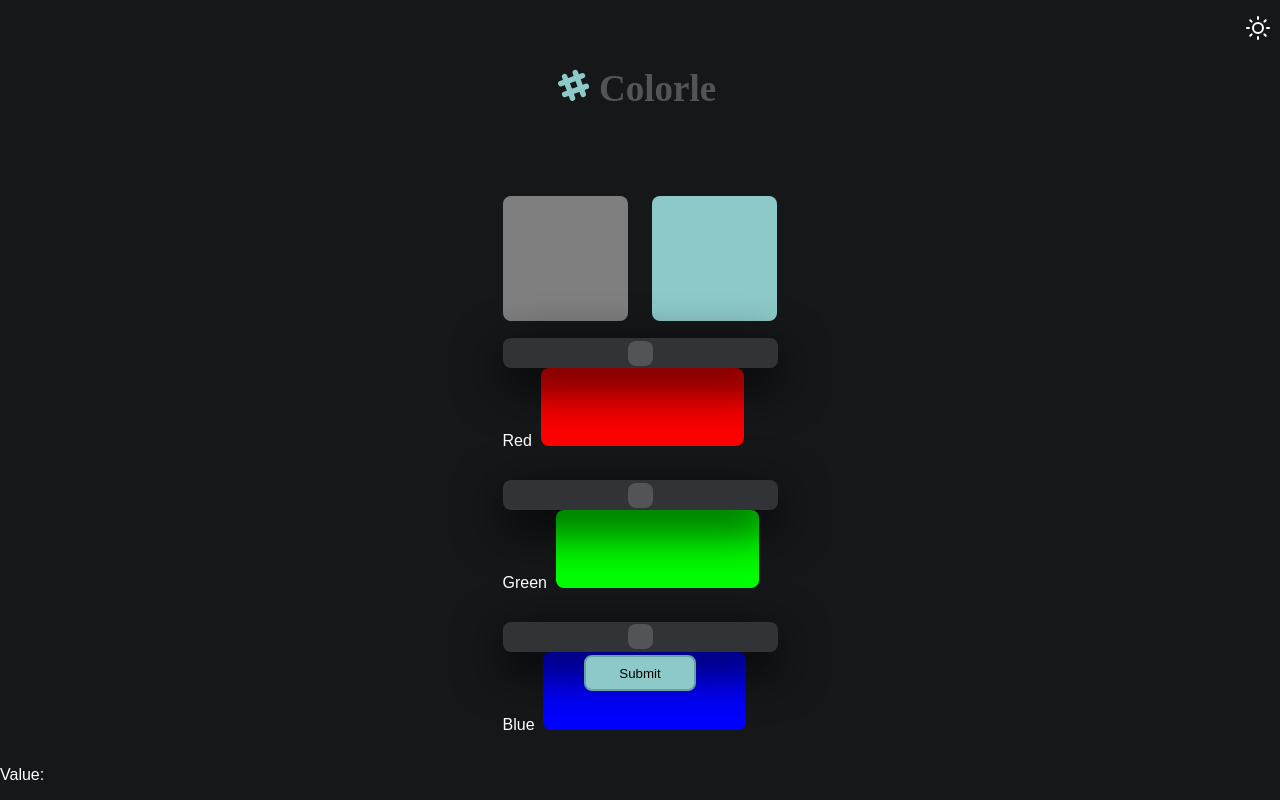
Repository: Artem-Melnik/Colorle
Page: index.html
An editor plug-in stored every save of this project. The page is shown before and after the next save, followed by the edit.
The browser window is 1280 px wide. The pictures show the whole page.

Above is the page before, as saved 2022-05-14 22:02:04.

### index.html
<!-- TODO: Change text/icon color -->
<!-- TODO: Represent guess correctness using Linear-style icons -->
<!-- TODO: Replace Colorle text logo with SVG/image due to font problems -->
<!-- TODO: Add textboxes where player can enter exact RGB values -->
<!DOCTYPE html>
<html>
  <head>
    <title>Parcel Sandbox</title>
    <link rel="stylesheet" href="styles.css">
    <meta charset="UTF-8" />
    <meta name="viewport" content="width=device-width" />
  </head>

  <script
    src="https://ajax.googleapis.com/ajax/libs/jquery/3.6.0/jquery.min.js"
    type="text/javascript"
  ></script>
  <script
    src="https://ajax.googleapis.com/ajax/libs/jqueryui/1.13.1/jquery-ui.min.js"
    type="text/javascript"
  ></script>
  <!-- Host feather icons locally and remove CDN? -->
  <script src="https://unpkg.com/feather-icons"></script>
  <script>
      feather.replace();
    </script>
  <script type="module" src="index.js" type="text/javascript"></script>

  <body>
    <div id="app"></div>
    <div class="topBar">
      <div id="header">
        <img id="logo" src="assets/logo.svg">
        <p id="title">Colorle</p>
      </div>
      <p>
        <button type="button" id="themeToggle">
          <img src="assets/sun-icon.svg">
          <!-- <i id="themeIcon" data-feather="sun"></i> -->
        </button>
      </p>
    </div>

    <div id="topColors">
      <div id="previewAll"></div>
      <div id="correctColor"></div>
    </div>
    <div id="redContainer">
      <input
        type="range"
        min="0"
        max="255"
        value="128"
        class="slider"
        id="sliderRed"
      />
      <p class="currentColor" id="currentRed">Red</p>
      <p class="rating" id="ratingRed"></p>
      <div id="previewRed"></div>
    </div>
    <div id="greenContainer">
      <input
        type="range"
        min="0"
        max="255"
        value="128"
        class="slider"
        id="sliderGreen"
      />
      <p class="currentColor" id="currentGreen">Green</p>
      <p class="rating" id="ratingGreen"></p>
      <div id="previewGreen"></div>
    </div>
    <div id="blueContainer">
      <input
        type="range"
        min="0"
        max="255"
        value="128"
        class="slider"
        id="sliderBlue"
      />
      <p class="currentColor" id="currentBlue">Blue</p>
      <p class="rating" id="ratingBlue"></p>
      <div id="previewBlue"></div>
    </div>
    <div class="guessText">
      <p>Value: <span id="guessColor"></span></p>
    </div>
    <div class="buttonContainer">
      <button type="button" id="submitButton">Submit</button>
    </div>
  </body>
</html>

### styles.css
body {
  font-family: sans-serif;
  margin: 0;
  background: #151718;
  color: #ffffff;
}

.lightTheme {
  background: #ffffff;
  color: #151718;
}

/* Changes the correctColor gradient to dark/black */
/* .correctColorDark {
  background-image: linear-gradient(
    to bottom,
    rgba(0, 0, 0, 0),
    rgba(0, 0, 0, 1) 100%
  ) !important;
} */

#header {
  display: block;
  position: relative;
  margin-left: auto;
  margin-right: auto;
  margin-bottom: 7%;
  margin-top: 5%;
  width: 165px;
  height: 42px;
  align-items: center;
}

#logo {
  position: relative;
  justify-content: center;
  /* align-items: center; */
  margin-top: 5px;
  margin-right: 5px;
  width: 32px;
  height: 32px;
}

#title {
  font-family: "Asap";
  font-style: normal;
  font-weight: 700;
  font-size: 37px;
  line-height: 42px;
  display: inline-block;
  /* align-items: center; */
  /* text-align: center; */
  color: #535458;
  margin: 0px;
}

#themeToggle {
  width: 25px;
  height: 25px;
  position: absolute;
  right: 15px;
  top: 15px;
  color: grey;
  background: none;
  border: none;
  transform: scale(1);
  transition: all 0.5s;
}

#themeToggle:hover {
  transform: scale(1.2);
}

#themeIcon {
  color: grey;
  width: 25px;
  height: 25px;
  transform: scale(1);
  transition: all 0.5s;
}

#themeIcon.animate {
  color: grey;
  transform: scale(0);
}

.transform-active {
  /* background-color: blue;
  animation-name: darkToLight;
  animation-duration: 1s; */
  color: #151718;
}

.transform {
  -webkit-transition: all 2s ease;
  -moz-transition: all 2s ease;
  -o-transition: all 2s ease;
  -ms-transition: all 2s ease;
  transition: all 2s ease;
}

/* @keyframes darkTolight {
  0% {
    color: #ffffff;
  }
  100% {
    color: #151718;
  }
} */

/* #previewId {
  width: 100px;
  height: 100px;
  background-color: var(color);
  border: solid black;
} */

/* correctColor gradient */
/* #correctColor {
  position: absolute;
  top: 0px;
  width: 100%;
  height: 25%;
  background-color: var(color);
  margin: auto;
  background-image: linear-gradient(
    to bottom,
    rgba(255, 255, 255, 0),
    rgba(255, 255, 255, 1) 100%
  );
  z-index: -1;
} */

#topColors {
  width: 275px;
  margin: auto;
}

#correctColor {
  display: inline-block;
  position: relative;
  width: 125px;
  height: 125px;
  border-radius: 8px;
  margin-left: 10px;
}

#previewAll {
  background-color: rgb(127, 127, 127);
  display: inline-block;
  position: relative;
  width: 125px;
  height: 125px;
  border-radius: 8px;
  order: 1;
  margin-right: 10px;
}

#redContainer,
#greenContainer,
#blueContainer {
  display: auto;
  justify-content: center;
  margin: auto;
  width: 275px;
}

#sliderRed,
#sliderGreen,
#sliderBlue {
  display: block;
  -webkit-appearance: none;
  -moz-appearance: none;
  appearance: none;
  background: #323337;
  width: 275px;
  height: 30px;
  top: 100px;
  border-radius: 8px;
  margin: auto;
  margin-top: 5%;
  filter: drop-shadow(0px 15px 25px #000000);
}

#sliderRed::-webkit-slider-thumb,
#sliderGreen::-webkit-slider-thumb,
#sliderBlue::-webkit-slider-thumb {
  -webkit-appearance: none;
  appearance: none;
  width: 25px;
  height: 25px;
  background: #535458;
  cursor: pointer;
  border-radius: 8px;
}

#currentRed,
#currentGreen,
#currentBlue,
#ratingRed,
#ratingGreen,
#ratingBlue {
  display: inline-block;
  position: relative;
}

#previewRed,
#previewGreen,
#previewBlue {
  display: inline-block;
  position: relative;
  width: 203px;
  height: 78px;
  /* background-color: var(color); */
  /* border: solid black; */
  border-radius: 8px;
  margin: auto;
  z-index: -1;
}

#previewRed {
  background-color: rgb(255, 0, 0);
}

#previewGreen {
  background-color: rgb(0, 255, 0);
}

#previewBlue {
  background-color: rgb(0, 0, 255);
}

.buttonContainer {
  display: flex;
  justify-content: center;
}

#submitButton {
  position: fixed;
  width: 112px;
  height: 36px;
  bottom: 4%;
  border: 2px solid;
  border-radius: 8px;
  transition: all 0.3s ease 0s;
}

#submitButton:hover {
  position: fixed;
  width: 112px;
  height: 36px;
  bottom: 4%;
  border: 2px solid;
  border-radius: 8px;
  filter: drop-shadow(0px 10px 15px #8dc9c980);
  transform: translateY(-5px);
}

#submitButton:active {
  position: fixed;
  width: 112px;
  height: 36px;
  bottom: 4%;
  border: 2px solid;
  border-radius: 8px;
  filter: drop-shadow(0px 10px 15px #8dc9c980);
  transform: translateY(-1px);
}

### index.js
// document.getElementById("sliderRange").innerHTML = `
// <div class="slidercontainer"></div>
// `;
// var root = document.querySelector(":root");
// var slider = document.getElementById("sliderRange");
// // Change "demo" to something else?
// var sliderRange = document.getElementById("demo");
// sliderRange.innerHTML = slider.value;
let correctRed = 141;
let correctGreen = 201;
let correctBlue = 201;

let red;
let green;
let blue;
// TODO: Split correctRGB into 3 seperate colors
let correctRgb =
  "rgb(" + correctRed + ", " + correctGreen + ", " + correctBlue + ")";

function changeColor() {
  red = document.getElementById("sliderRed").value;
  green = document.getElementById("sliderGreen").value;
  blue = document.getElementById("sliderBlue").value;

  document.getElementById("previewRed").style.backgroundColor =
    "rgb(" + red + ", 0, 0)";
  document.getElementById("previewGreen").style.backgroundColor =
    "rgb(0," + green + ", 0)";
  document.getElementById("previewBlue").style.backgroundColor =
    "rgb(0, 0," + blue + ")";

  document.getElementById("currentRed").textContent = red;
  document.getElementById("currentGreen").textContent = green;
  document.getElementById("currentBlue").textContent = blue;
}

// Shows guess color when submit button is clicked
// Also checks how close the guess is to the correct color
function onSubmit() {
  document.getElementById("previewAll").style.backgroundColor =
    "rgb(" + red + ", " + green + ", " + blue + ")";
  document.getElementById("guessColor").textContent =
    "rgb(" + red + ", " + green + ", " + blue + ")";

  // TODO: Optimize code for red, green, and blue checks
  // Check if red guess is correct
if (red == correctRed) {
  document.getElementById('ratingRed').innerText = "SS";
} else if ((red > correctRed - 6) && (red < correctRed + 6)) {
  document.getElementById('ratingRed').innerText = "S";
} else if ((red > correctRed - 12) && (red < correctRed + 12)) {
  document.getElementById('ratingRed').innerText = "A";
} else if ((red > correctRed - 24) && (red < correctRed + 24)) {
  document.getElementById('ratingRed').innerText = "B";
} else if ((red > correctRed - 48) && (red < correctRed + 48)) {
  document.getElementById('ratingRed').innerText = "C";
} else {
  document.getElementById('ratingRed').innerText = "D";
}

  // Does same thing as red check but for green
if (green == correctGreen) {
  document.getElementById('ratingGreen').innerText = "SS";
} else if ((green > correctGreen - 6) && (green < correctGreen + 6)) {
  document.getElementById('ratingGreen').innerText = "S";
} else if ((green > correctGreen - 12) && (green < correctGreen + 12)) {
  document.getElementById('ratingGreen').innerText = "A";
} else if ((green > correctGreen - 24) && (green < correctGreen + 24)) {
  document.getElementById('ratingGreen').innerText = "B";
} else if ((green > correctGreen - 48) && (green < correctGreen + 48)) {
  document.getElementById('ratingGreen').innerText = "C";
} else {
  document.getElementById('ratingGreen').innerText = "D";
}

  // Does same thing as red check but for blue
if (blue == correctBlue) {
  document.getElementById('ratingBlue').innerText = "SS";
} else if ((blue > correctBlue - 6) && (blue < correctBlue + 6)) {
  document.getElementById('ratingBlue').innerText = "S";
} else if ((blue > correctBlue - 12) && (blue < correctBlue + 12)) {
  document.getElementById('ratingBlue').innerText = "A";
} else if ((blue > correctBlue - 24) && (blue < correctBlue + 24)) {
  document.getElementById('ratingBlue').innerText = "B";
} else if ((blue > correctBlue - 48) && (blue < correctBlue + 48)) {
  document.getElementById('ratingBlue').innerText = "C";
} else {
  document.getElementById('ratingBlue').innerText = "D";
}

  // if ("rgb(" + red + "," + green + "," + blue + ")" === "rgb(141,201,201)") {
  //   alert("Correct!");
  // }
}

$("#themeToggle").click(function () {
  $("#themeIcon").toggleClass("animate");
});

function themeSwitch() {
  document.body.classList.toggle("lightTheme");
  document.getElementById("correctColor").classList.toggle("correctColorDark");
}

document.getElementById("correctColor").style.backgroundColor = correctRgb;
document.getElementById("submitButton").style.backgroundColor = correctRgb;
document.getElementById("submitButton").style.borderColor =
  "rgb(" +
  (correctRed - 38) +
  ", " +
  (correctGreen - 38) +
  ", " +
  (correctBlue - 38) +
  ")";

document.getElementById("sliderRed").addEventListener("input", changeColor);
document.getElementById("sliderGreen").addEventListener("input", changeColor);
document.getElementById("sliderBlue").addEventListener("input", changeColor);
document.getElementById("submitButton").addEventListener("click", onSubmit);
document.getElementById("themeToggle").addEventListener("click", themeSwitch);

// Plugs in sliderRange for green in RGB
// Outputs the value of the slider
// slider.oninput = function () {
//   sliderRange.innerHTML = this.value;
//   root.style.setProperty("--green", sliderRange);
//   alert(sliderRange);
// };

After the next save:
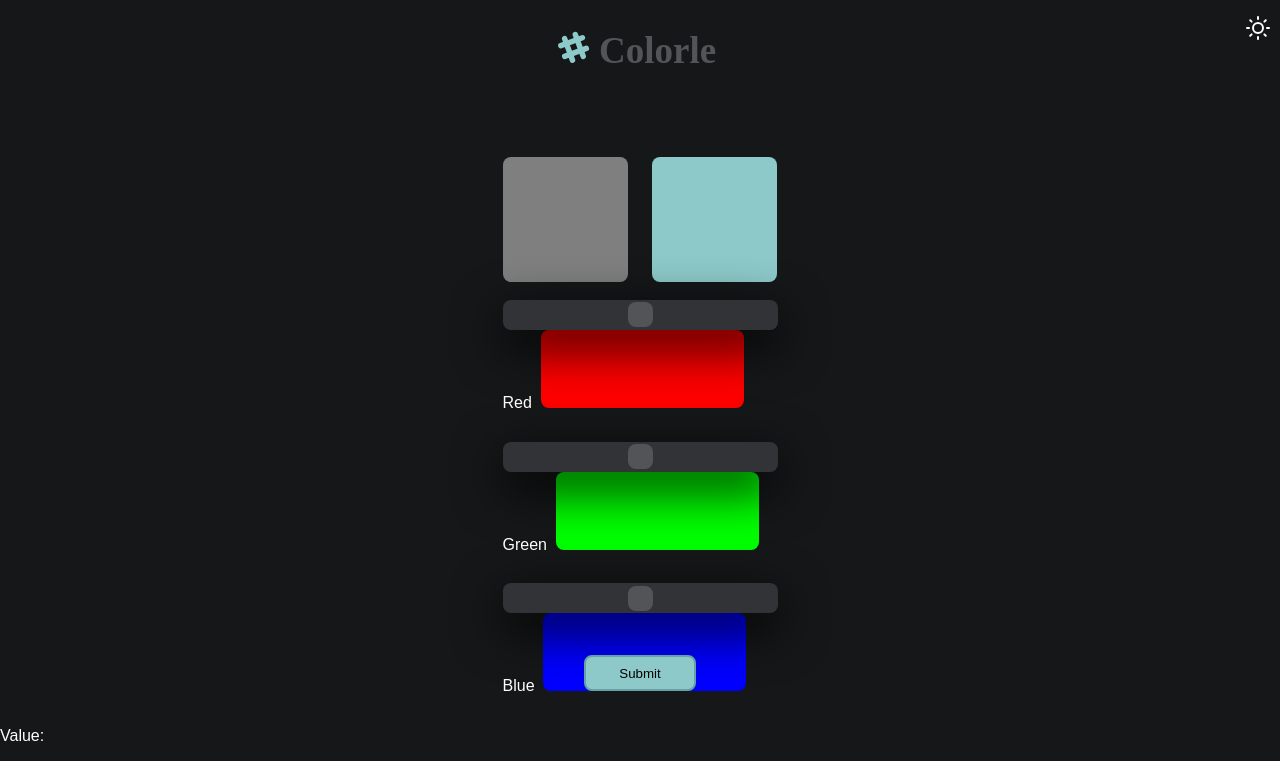
Saved 4 s later.
--- a/styles.css
+++ b/styles.css
@@ -25,7 +25,7 @@ body {
   margin-left: auto;
   margin-right: auto;
   margin-bottom: 7%;
-  margin-top: 5%;
+  margin-top: 2%;
   width: 165px;
   height: 42px;
   align-items: center;
